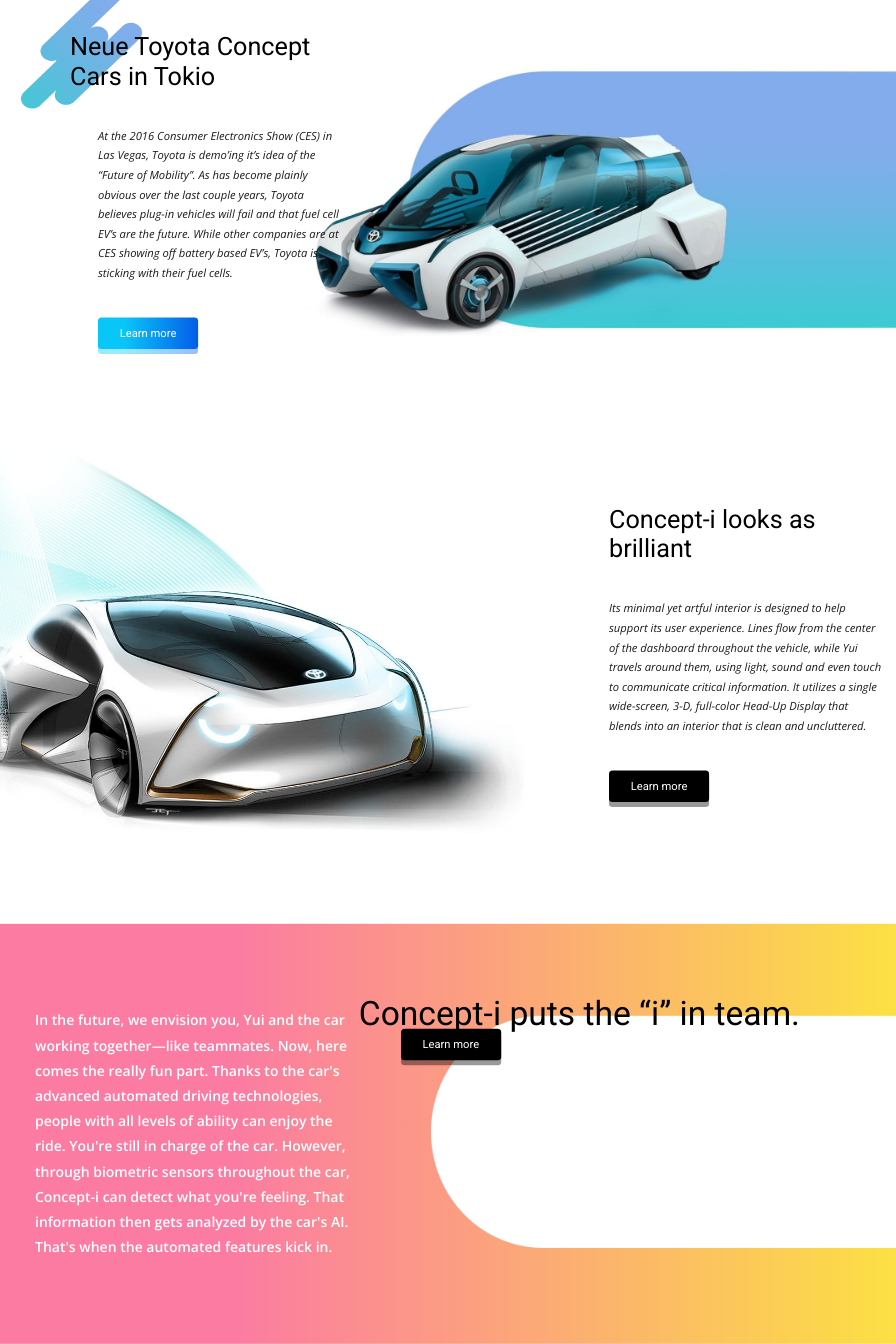
Repository: ThanhThn/Moto-Toyota
Page: index.html
These files come from the project's save history. The page is drawn as it stood at one moment and after the next save; the edit follows.
The browser window is 1280 px wide. The pictures show the part of the page from y = 2024 to 3944 px (the page is 3944 px tall), at 70% of full size.

Above is the page before, as saved 2022-07-07 13:20:35.

After the next save:
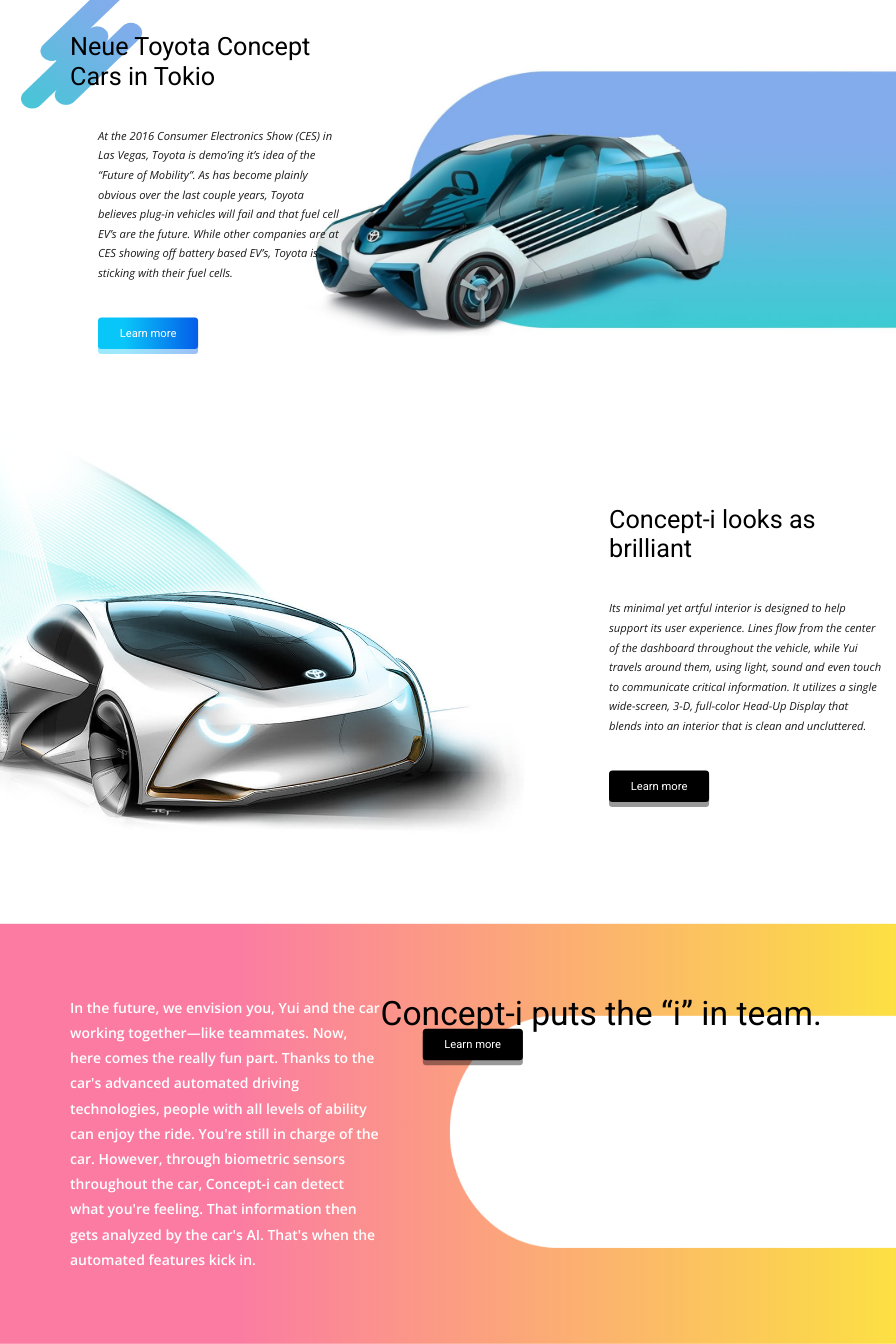
Saved 47 s later.
--- a/css/style.css
+++ b/css/style.css
@@ -270,7 +270,7 @@
     font-size: 20px;
     font-weight: 600 ;
     color: #fff;
-    margin: auto 0 auto 50px;
+    margin: auto 0 auto 100px;
     line-height: 36px;
 }
 .i-team
